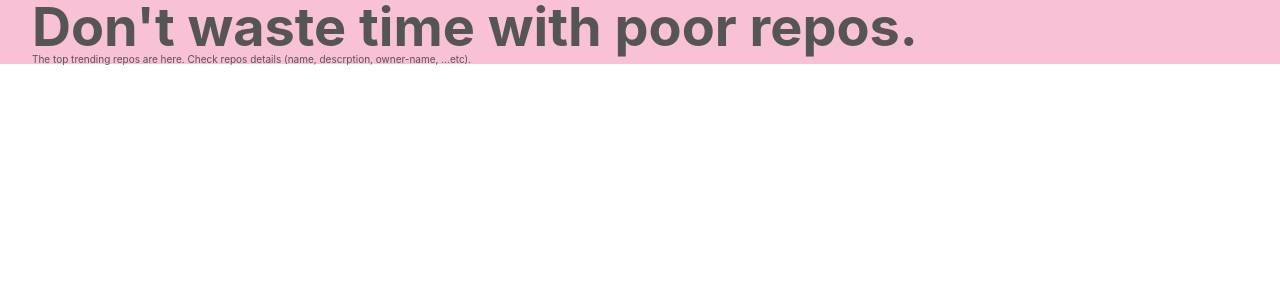
Repository: MoRamdan11/Trending-repos-challenge
Page: /
These files come from the project's save history. The page is drawn as it stood at one moment and after the next save; the edit follows.
The browser window is 1280 px wide. The pictures show the whole page.
The project was rebuilt for these pictures with package versions that can differ from the ones it lists, and the page was loaded fresh each time. Also part of the build but not shown: src/App.css, src/components/test.js.

Above is the page before, as saved 2021-08-31 21:02:04.

After the next save:
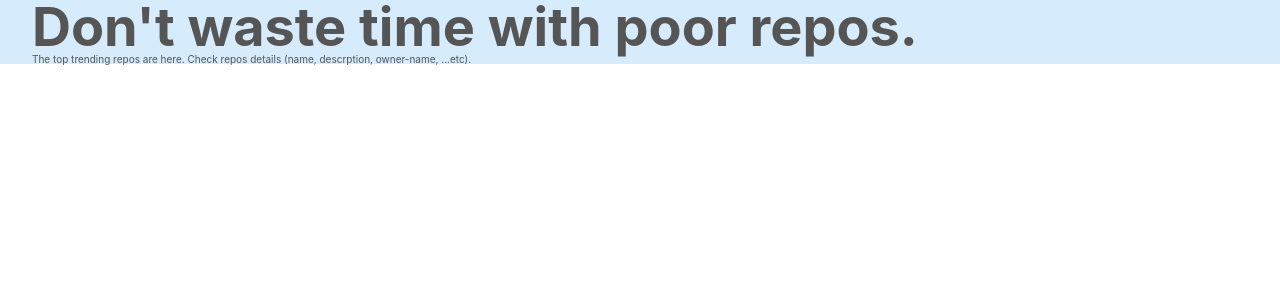
Saved 4 s later.
--- a/src/components/Hero/hero.css
+++ b/src/components/Hero/hero.css
@@ -1,5 +1,5 @@
 .hero {
-  background-color: #f9c1d5;
+  background-color: #d6ebfc;
 }
 
 .hero-container {
